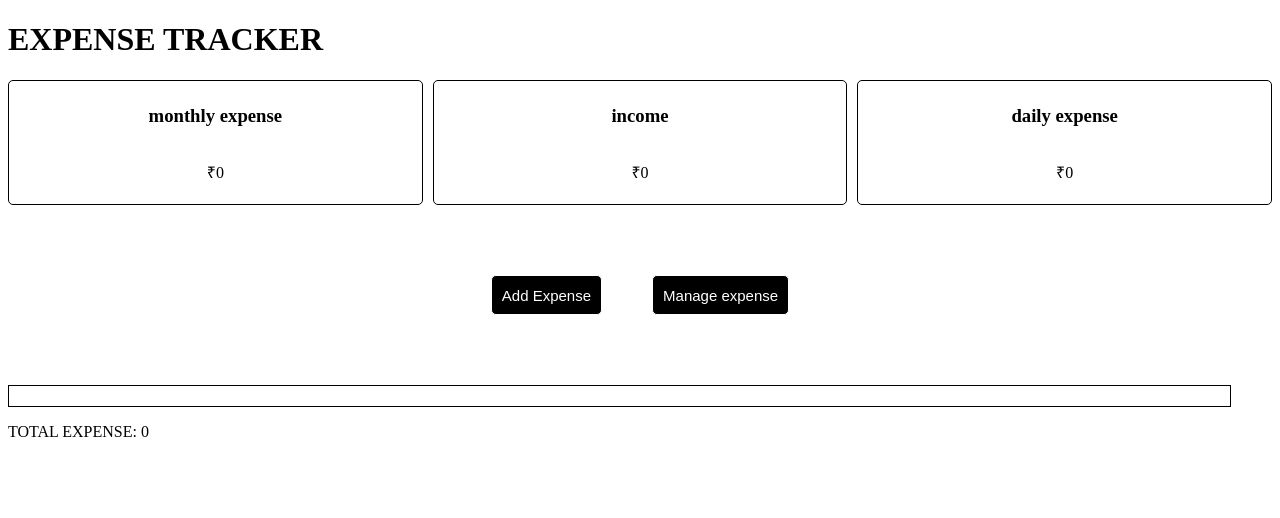
Repository: Gaurav124937/Expense-Tracker
Page: index.html
These files come from the project's save history. The page is drawn as it stood at one moment and after the next save; the edit follows.
The browser window is 1280 px wide. The pictures show the whole page.

Above is the page before, as saved 2026-09-10 21:03:20.

### index.html
<!doctype html>
<html lang="en">
  <head>
    <meta charset="UTF-8" />
    <meta name="viewport" content="width=device-width, initial-scale=1.0" />
    <title>Expense tracker</title>
    <link rel="stylesheet" href="style.css" />
    <script src="script.js" defer></script>
  </head>
  <body>
    <h1>EXPENSE TRACKER</h1>
    <div class="grid">
      <section class="section">
        <h3>monthly expense</h3>
        <p>₹0</p>
      </section>

      <section class="section">
        <h3>income</h3>
        <p>₹0</p>
      </section>

      <section class="section">
        <h3>daily expense</h3>
        <p>₹0</p>
      </section>
    </div>

    <div class="buttons-grid">
      <button class="btn add-expense-button" >Add Expense</button>
      <button class="btn manage-expense-button">Manage expense</button>
    </div>

    <div class="expense-list"></div>
    <div class="total-value"></div>

    <form  method="post" class="expense-form form-hidden">
      <div class="form">
        <p>ADD YOUR DETAILS</p>

        <div class="formating">
          <label for="expense">Enter amount</label>
          <input type="number" id="expense" name="expense" />
        </div>

        <div class="formating">
          <label for="description">Enter description</label>
          <input type="text" id="description" name="description" />
        </div>

        <div class="formating">
          <label for="category">Select category</label>
          <select id="category" name="category">
            <option value="food">Food</option>
            <option value="petrol">Petrol</option>
            <option value="shopping">Shopping</option>
            <option value="transport">Transport</option>
            <option value="other">Other</option>
          </select>
        </div>

        <div class="formating">
          <label for="date">Enter date</label>
          <input type="date" id="date" name="date" />
        </div>

        <div class="formating">
          <button class="save-expense-button" type="submit">Save expense</button>
        </div>
      </div>
    </form>

    <div class="expense-list-submit"></div>
    <div class="total-expense"></div>
  </body>
</html>

### style.css
.grid {
    display: grid;
    grid-template-columns: repeat(3, 1fr);
    gap: 10px;
}

.section{
    display:flex;
    flex-direction: column;
    align-items: center;
    border-radius: 5px;
    border-color: black;
    border: 1px solid;
    padding: 5px;
}
.buttons-grid{
    display: flex;
    flex-direction: row;
    padding: 50px;
    gap: 10px;
    justify-content: center;
}
.btn{
    padding: 10px;
    border-radius: 5px;
    border-color: black;
    border: 1px solid;
    margin: 20px;
    font-size: 15px;
    block-size: 40px;
    color: white;
    background-color: black;
}
.form{
    display: flex;
    flex-direction: column;
    padding: 20px;

}
.formating{
    display: flex;
    flex-direction: column;
    padding: 5px;
    width: 75%
}
.save-expense-button{
    padding: 10px;
    border-radius: 5px;
    border-color: black;
    border: 1px solid;
    margin-top: 20px;
    font-size: 15px;
    block-size: 40px;
    color: white;
    background-color: black;
    width: 45%;
}
.form-hidden{
    display: none;
}

.delete-expense-button{
    padding: 10px;
    border-radius: 5px;
    border-color: black;
    border: 1px solid;
    margin-top: 20px;
    font-size: 15px;
    block-size: 40px;
    color: white;
    background-color: black;
    width: 20%;
}

.expense-list{
    display: flex;
    flex-direction: row;
    padding: 10px;
    border: 1px solid;
    gap: 10px;
    width: 95%;
}
.expense-display-card{
    display: flex;
    flex-direction: column;
    padding: 5px;
    border: 1px solid;
    border-radius: 10px;
    width: 10%;
}

### script.js
const addExpenseButton = document.querySelector(".add-expense-button");

const expenseForm = document.querySelector(".expense-form");

addExpenseButton.addEventListener("click", function showExpenseForm() {
  expenseForm.classList.toggle("form-hidden");
});

const expenses = [];
getData();

expenses.forEach((expense) => {
 renderExpense(expense);
});

let total = totalExpense();
const totalSub = document.querySelector(".total-value");
totalSub.innerHTML = `<p>TOTAL EXPENSE: ${total}</p>`;

expenseForm.addEventListener("submit", function (event) {
  event.preventDefault();
  const amount = Number(document.querySelector("#expense").value);
  const descript = document.querySelector("#description").value;
  const category = document.querySelector("#category").value;
  const date = document.querySelector("#date").value;
  const expense = {
    id: crypto.randomUUID(),
    expense: amount,
    description: descript,
    category: category,
    date: date,
  };
  expenses.push(expense);

  storingData();
  expenseForm.reset();

  renderExpense(expense);
});

function totalExpense() {
  const totalExpense = expenses.reduce((total, expense) => {
    return total + expense.expense;
  }, 0);
  return totalExpense;
}

function storingData() {
  const expenseArrayString = JSON.stringify(expenses);
  localStorage.setItem("array", expenseArrayString);
}

function getData() {
  const expensesArray = JSON.parse(localStorage.getItem("array"));
  if (expensesArray !== null) {
    expenses.push(...expensesArray);
  }

  console.log(expensesArray);
}

function renderExpense(expense) {
  const expenseList = document.querySelector(".expense-list");
  const expenseElement = document.createElement("div");
  expenseElement.id = expense.id;

  expenseElement.innerHTML = `
    <p>${expense.description}</p>
    <p>₹${expense.expense}</p>
    <p>${expense.category}</p>
  <p>${expense.date}</p>
  <button class="delete-expense-button">Delete</button>

`;
  expenseList.appendChild(expenseElement);

  let totalValue = totalExpense();

  const totalAmount = document.querySelector(".total-expense");
  totalAmount.innerHTML = `<p>TOTAL EXPENSE: ${totalValue}</p>`;

  const deleteExpense = expenseElement.querySelector(".delete-expense-button");
  deleteExpense.addEventListener("click", function () {
    expenseElement.remove();
    const index = expenses.findIndex(
      (expense) => expense.id === expenseElement.id,
    );
    if (index !== -1) {
      expenses.splice(index, 1);
    }

    storingData();

    totalValue = totalExpense();
    totalAmount.innerHTML = `<p>TOTAL EXPENSE: ${totalValue}</p>`;
  });
}

After the next save:
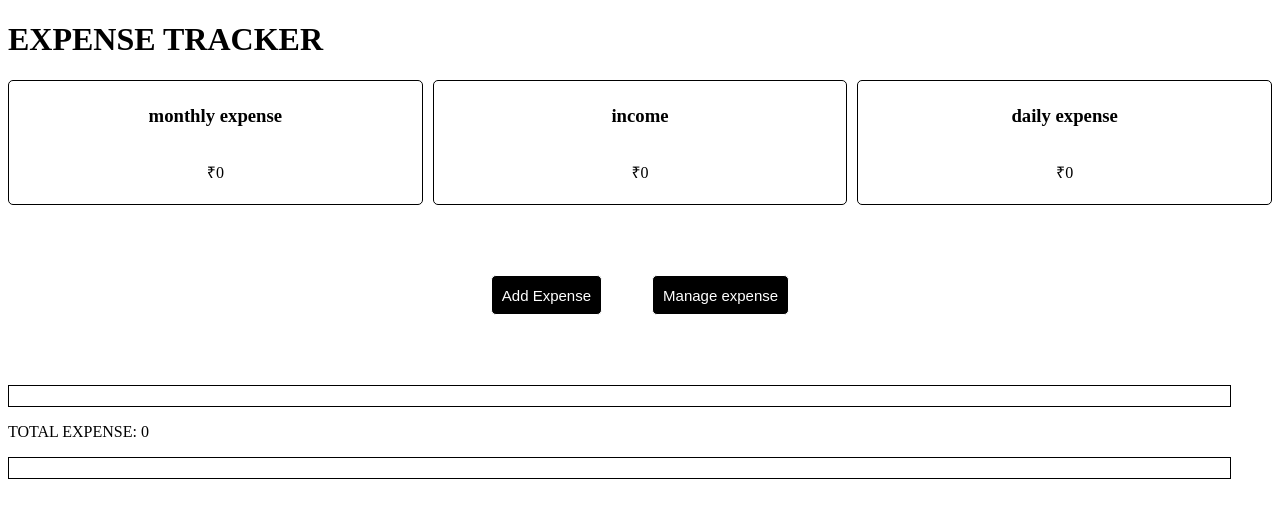
Saved 24 s later.
--- a/index.html
+++ b/index.html
@@ -70,7 +70,7 @@
       </div>
     </form>
 
-    <div class="expense-list-submit"></div>
+    <div class="expense-list"></div>
     <div class="total-expense"></div>
   </body>
 </html>
